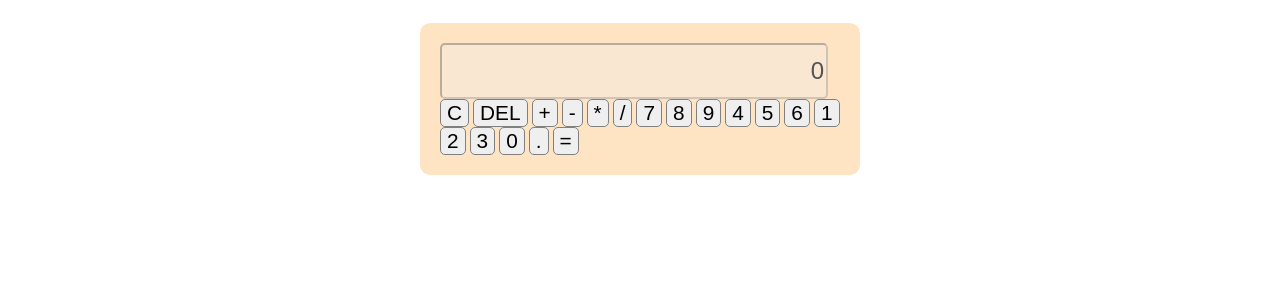
Repository: jaskeat/Calculator
Page: index.html
An editor plug-in stored every save of this project. The page is shown before and after the next save, followed by the edit.
The browser window is 1280 px wide. The pictures show the whole page.

Above is the page before, as saved 2024-09-05 09:09:06.

After the next save:
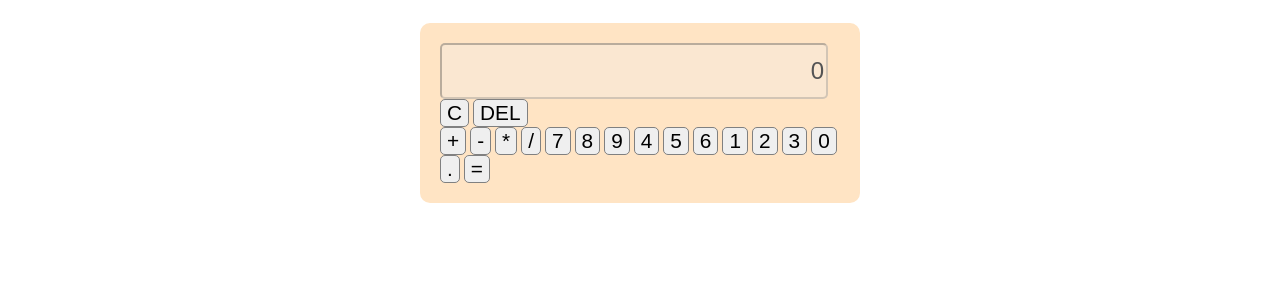
Saved 3 min 51 s later.
--- a/index.html
+++ b/index.html
@@ -12,8 +12,10 @@
 				<input type="text" class="display-input" value="0" disabled />
 			</div>
 			<div class="buttons">
-				<button class="btn" onclick="clearDisplay()">C</button>
-				<button class="btn" onclick="deleteLast()">DEL</button>
+				<div class="extrabtn">
+					<button class="btn" onclick="clearDisplay()">C</button>
+					<button class="btn" onclick="deleteLast()">DEL</button>
+				</div>
 				<button class="btn" onclick="append('+')">+</button>
 				<button class="btn" onclick="append('-')">-</button>
 				<button class="btn" onclick="append('*')">*</button>
